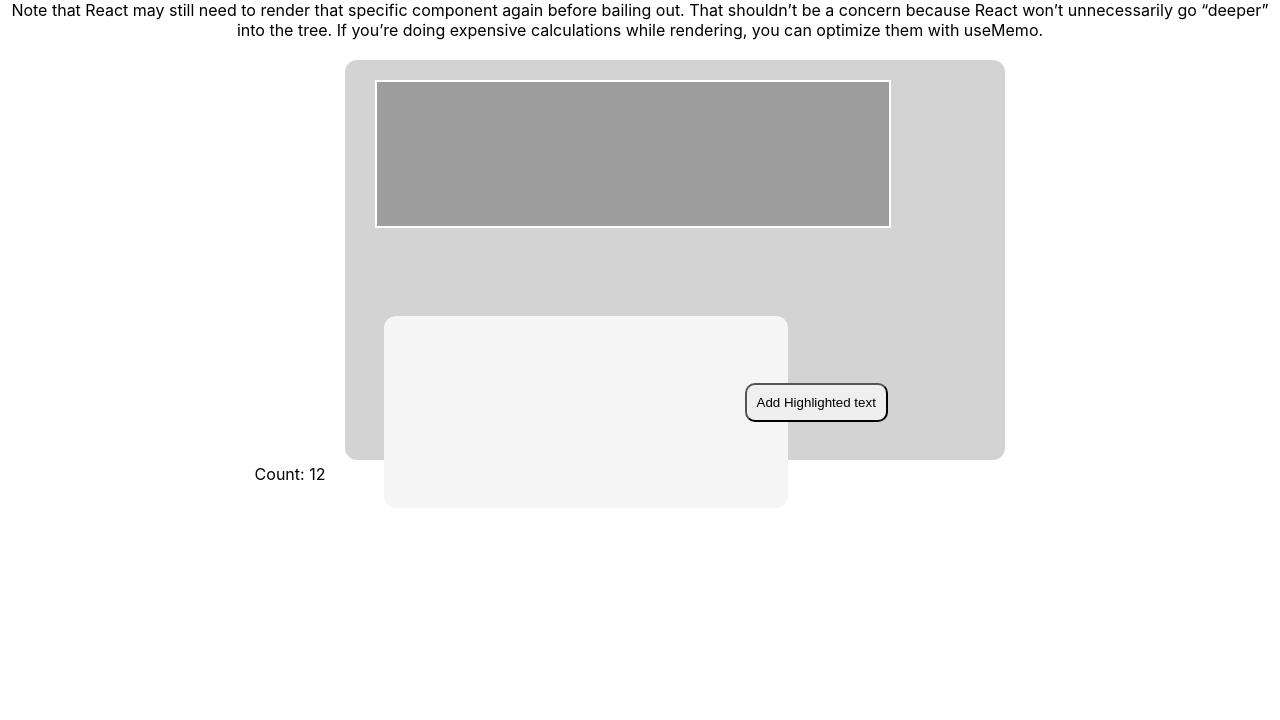
Repository: Farbod29/React-text-highlighter-with-hook-
Page: /
The author's editor kept a copy of each file at every save. The page is drawn from the files as they stood at one save, then again after a run of saves.
The browser window is 1280 px wide. The pictures show the whole page.
Pictures or frames that could not be fetched are drawn as grey boxes. The project was rebuilt for these pictures with package versions that can differ from the ones it lists, and the page was loaded fresh each time.

Above is the page before, as saved 2022-02-18 22:53:23.

### src/App.js
import './App.css';
import Highlighter from './highlighter';
function App() {
  return (
    <div className="App">
      <Highlighter />
    </div>
  );
}

export default App;

### src/highlighter.js
import React, { useEffect, useState } from 'react';

export default function Highlighter() {
  let doit = () => {
    document.onmouseup = () => {
      console.log(window.getSelection().toString());
    };
  };
  const [count, setCount] = useState(12);
  return (
    <>
      <div>
        {' '}
        Note that React may still need to render that specific component again
        before bailing out. That shouldn’t be a concern because React won’t
        unnecessarily go “deeper” into the tree. If you’re doing expensive
        calculations while rendering, you can optimize them with useMemo.
      </div>
      Count: {count}
      {/* <button onClick={() => setCount((prevCount) => prevCount - 1)}>-</button> */}
      <div
        style={{
          padding: '0px 10px',
          height: '400px',
          width: '50vw',
          margin: '20px',
          borderRadius: '12px',
          backgroundColor: '#D3D3D3',
          inline: true,
          fontColor: 'red',
          display: 'inline-block',
          textAlign: 'center',
          position: 'relative',
        }}
      >
        <img
          style={{
            height: '20vh',
            width: '40vw',
            position: 'absolute',
            border: '2px solid',
            borderColor: '#ffff',
            left: 30,
            top: 20,
          }}
          src="https://pfrias.couragecompanion.eu/storage/m/_v2/213604778138275840/4f8b684e5-e9314a/vlyvkRQwb3ew/u8hVvH5l5IFvha9MQyXCzPOYLo2SXG3bqIpv6vBg.png"
        ></img>
        <div
          style={{
            // textBox
            padding: '0px 10px',
            backgroundColor: '#F5F5F5',
            height: '15vw',
            width: '30vw',
            left: '3vw',
            top: '20vw',
            borderRadius: '12px',
            position: 'absolute',
          }}
        />
        <div
          style={{
            position: 'absolute',
            bottom: '3vw',
            left: '24vw',
            right: '2vw',
          }}
        >
          <button
            style={{ padding: '10px', borderRadius: '10px' }}
            onClick={() => setCount(12)}
          >
            {' '}
            Add Highlighted text{' '}
          </button>
        </div>
      </div>
      {doit()}
    </>
  );
}

Loaded but not shown: public/index.html (common file); src/index.js (common file); src/index.css (common file); src/reportWebVitals.js (common file); src/App.css (common file)

After the next 2 saves:
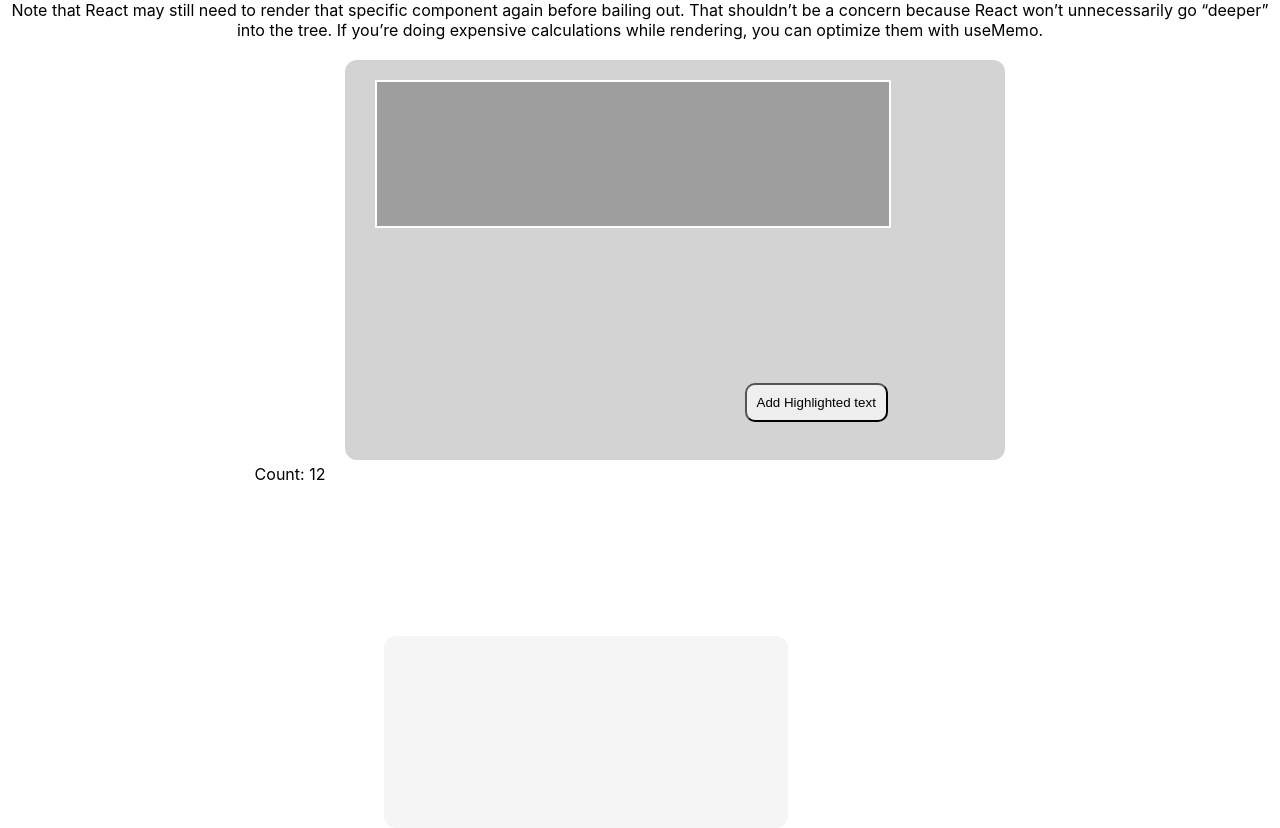
The 2 saves are shown as one change because they came seconds apart.
The last was saved 12 s later.
--- a/src/highlighter.js
+++ b/src/highlighter.js
@@ -53,7 +53,7 @@ export default function Highlighter() {
             height: '15vw',
             width: '30vw',
             left: '3vw',
-            top: '20vw',
+            top: '45vw',
             borderRadius: '12px',
             position: 'absolute',
           }}
